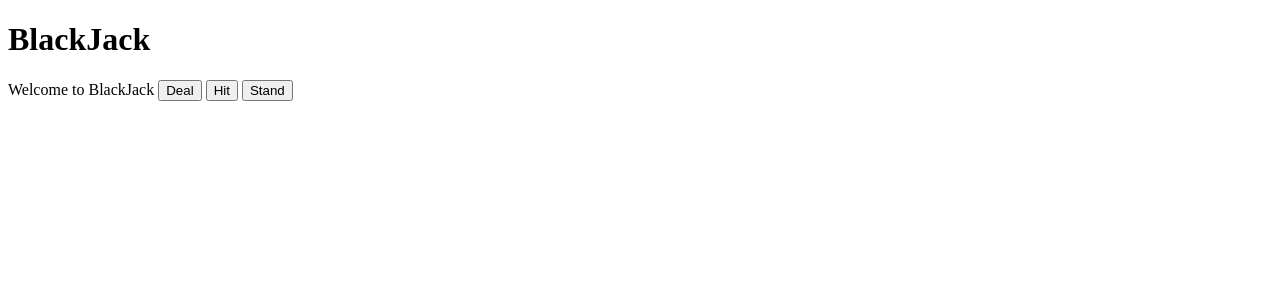
Repository: oldens/blackjack
Page: index.html
An editor plug-in stored every save of this project. The page is shown before and after the next save, followed by the edit.
The browser window is 1280 px wide. The pictures show the whole page.

Above is the page before, as saved 2025-02-01 11:05:34.
Console error (its wording comes from the project's code and is left out).

After the next save:
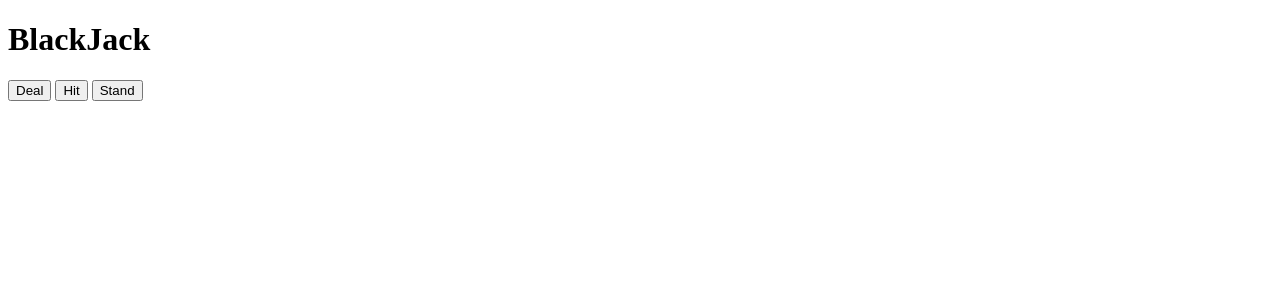
Saved 30 s later.
--- a/index.html
+++ b/index.html
@@ -7,7 +7,6 @@
 </head>
 <body>
 <h1>BlackJack</h1>
-    Welcome to BlackJack
     <button id="deal">Deal</button>
     <button id="hit">Hit</button>
     <button id="stand">Stand</button>
